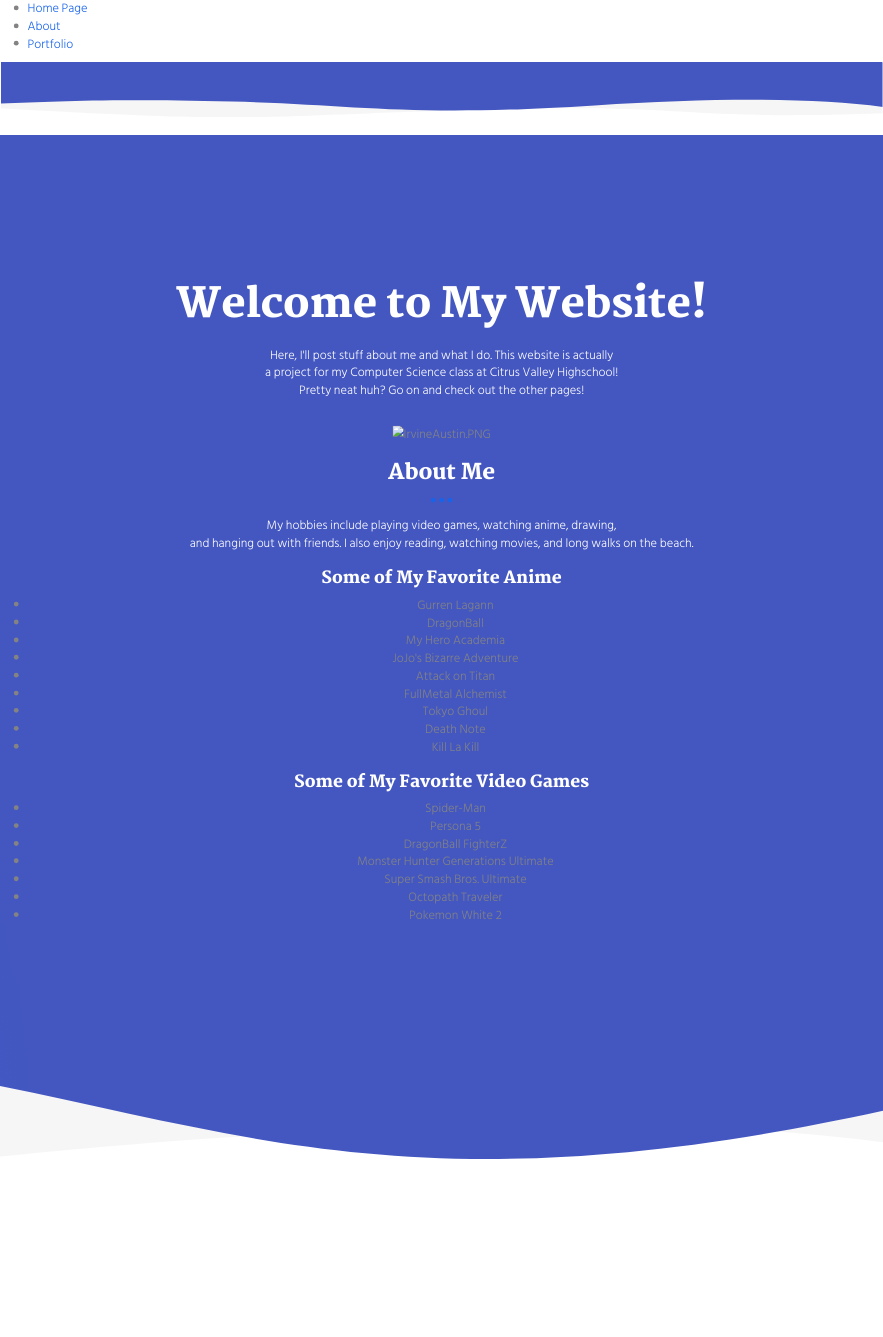
Repository: AustinIrvine02/CharlesX.github.io
Page: index.html
The author's editor kept a record of every edit. The page is drawn from the files as they stood at one moment, then again after the next edit.
The browser window is 1280 px wide. The pictures show the whole page, at 69% of full size.

Above is the page before.

After the next edit:
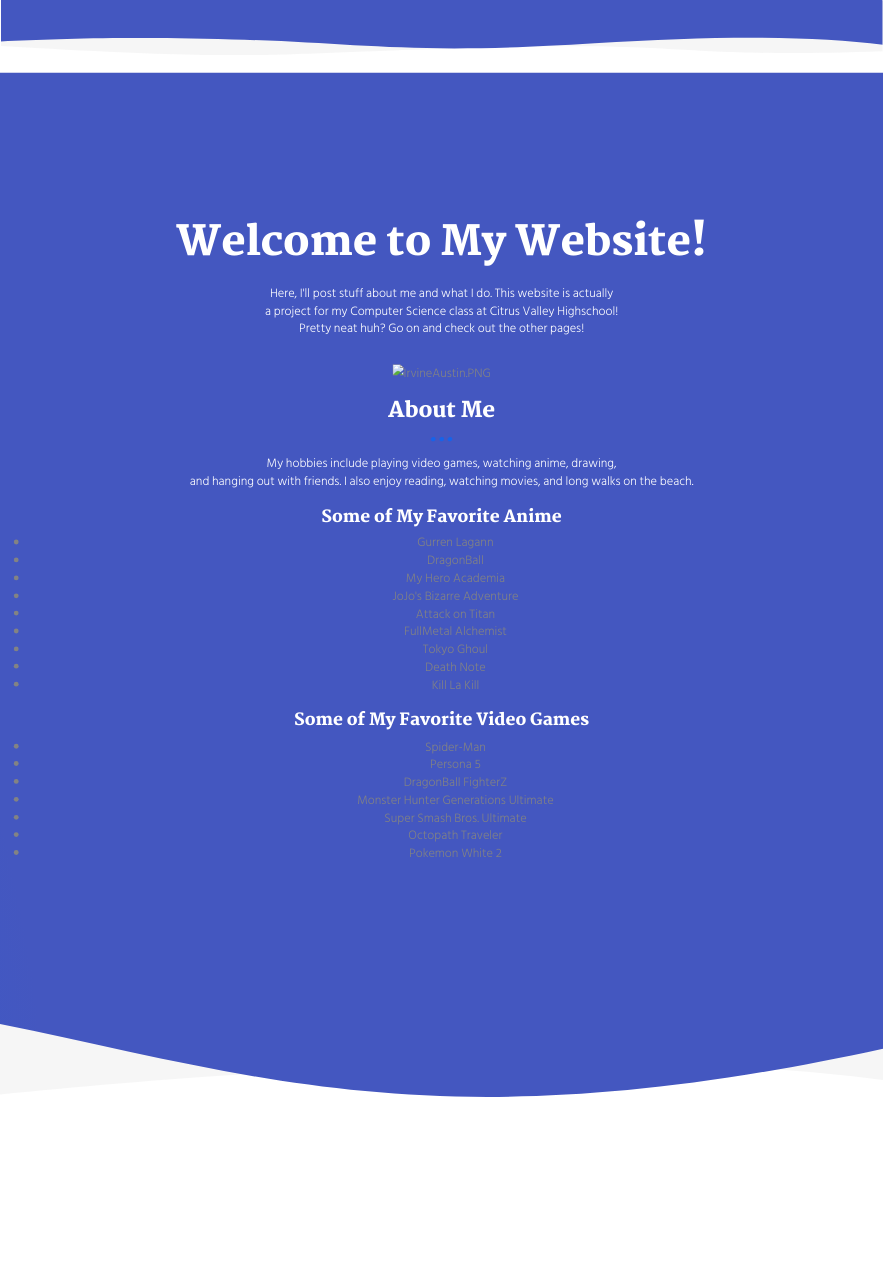
The edit:
--- a/index.html
+++ b/index.html
@@ -28,11 +28,7 @@
 
    <header>
 
-        <ul>
-            <li><a href="index.html"> Home Page</a></li>
-            <li><a href="about.html"> About</a></li>
-            <li><a href="portfolio.html"> Portfolio</a></li>
-        </ul>
+
 
 
         </header>
